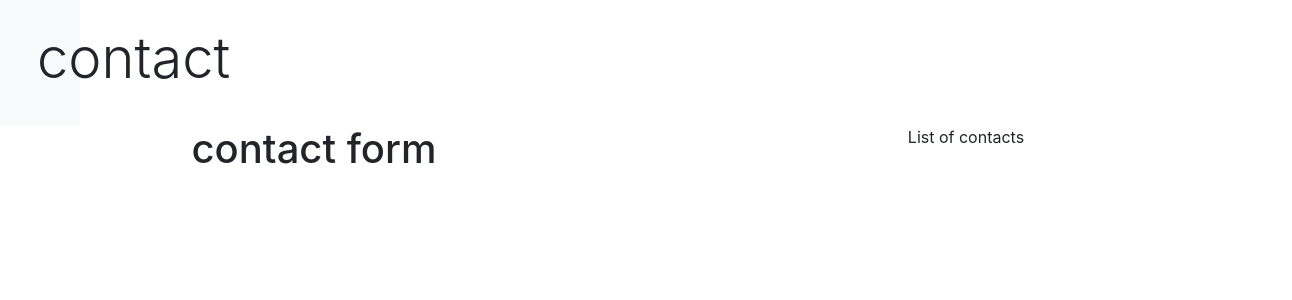
Repository: sahil801/my-react
Page: / (app in finalassignment/)
These files come from the project's save history. The page is drawn as it stood at one moment and after a run of saves; the edit follows.
The browser window is 1280 px wide. The page is 1292 px wide, so the pictures cover 1292 px, including what lies to the right of the window. The pictures show the whole page.
The project was rebuilt for these pictures with package versions that can differ from the ones it lists, and the page was loaded fresh each time.

Above is the page before, as saved 2021-10-28 12:13:12.

### finalassignment/src/index.js
import React from 'react';
import 'bootstrap/dist/css/bootstrap.min.css';
import ReactDOM from 'react-dom';
import './index.css';
import App from './App';
import reportWebVitals from './reportWebVitals';

ReactDOM.render(
  <React.StrictMode>
    <App />
  </React.StrictMode>,
  document.getElementById('root')
);
reportWebVitals();

### finalassignment/src/App.js
import './App.css';
import Contacts from './components/contacts';
function App() {
  return (
    <div className="App">
      <Contacts/>
    </div>
  );
}

export default App;

### finalassignment/src/components/contacts.js
import React from 'react'
import Contactform from './contactform';
import 'bootstrap/dist/css/bootstrap.min.css';

export default function Contacts() {
    return (
        <>
        <div className="bg-light w-80" style={{padding: 25, width:80}}>
            <div className="container p-250">
                <h1 className="display-4">contact</h1>
            </div>
        </div>
        <div className="row mt-10">
            <div className="col md-5">
                <Contactform/>
            </div>
            <div className="col md-7">
                <div>List of contacts</div>
            </div>
        </div>
        </>
    )
}

### finalassignment/src/components/contactform.js
import React from 'react'

export default function Contactform() {
    return (
        <div>
            <h1>contact form</h1>
        </div>
    )
}

Loaded but not shown: finalassignment/public/index.html (common file); finalassignment/src/index.css (common file); finalassignment/src/reportWebVitals.js (common file); finalassignment/src/App.css (common file)

After the next 2 saves:
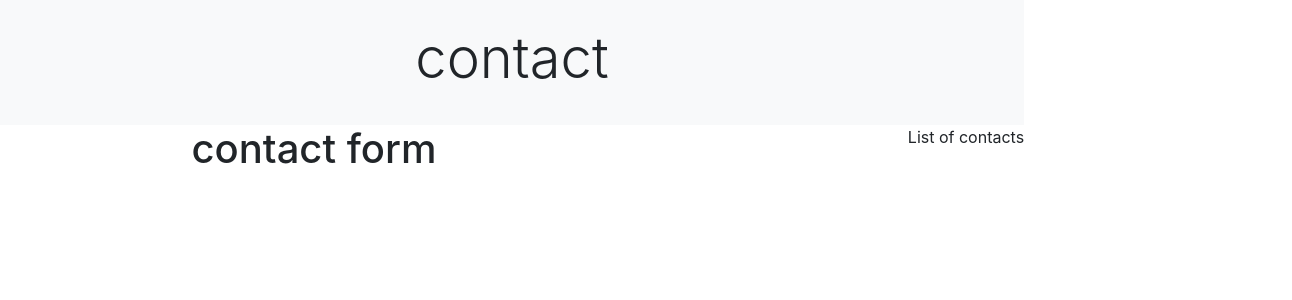
The 2 saves are shown as one change because 1 did not build or start.
The last was saved 34 s later.
--- a/finalassignment/src/components/contacts.js
+++ b/finalassignment/src/components/contacts.js
@@ -5,7 +5,7 @@ import 'bootstrap/dist/css/bootstrap.min.css';
 export default function Contacts() {
     return (
         <>
-        <div className="bg-light w-80" style={{padding: 25, width:80}}>
+        <div className="bg-light w-80" style={{padding: 25, width:'80%'}}>
             <div className="container p-250">
                 <h1 className="display-4">contact</h1>
             </div>
